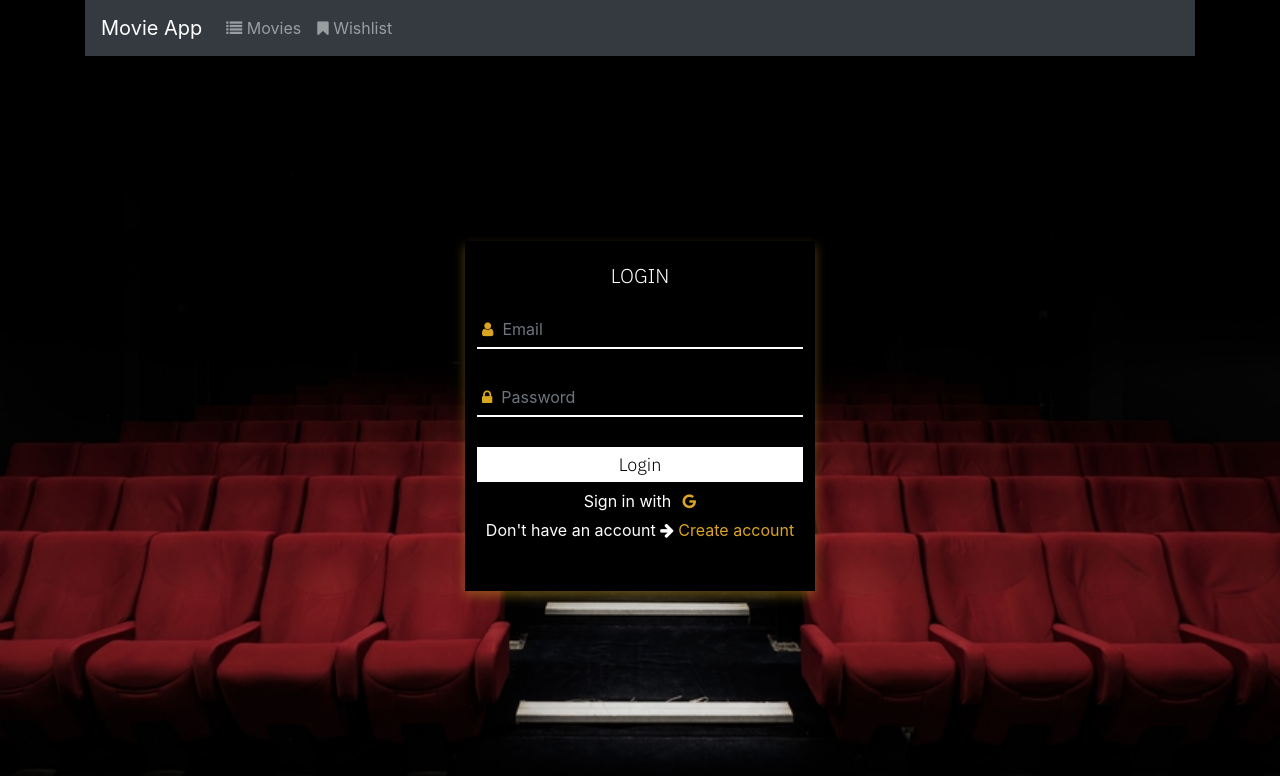
Repository: latenightsnacc/movie-db-app
Page: login.html
The author's editor kept a copy of each file at every save. The page is drawn from the files as they stood at one save, then again after the next save.
The browser window is 1280 px wide. The pictures show the whole page.
The style sheet was rebuilt from its Sass, Less or Tailwind sources for each picture, by a compiler version that may differ from the author's.

Above is the page before, as saved 2020-06-17 11:39:23.
Console error (its wording comes from the project's code and is left out).

### login.html
<!DOCTYPE html>
<html lang="en">
<head>
    <meta charset="UTF-8">
    <meta name="viewport" content="width=device-width, initial-scale=1.0">
    <!--Bootstrap-->
    <link rel="stylesheet" href="bootstrap-4.4.1-dist/bootstrap-4.4.1-dist/css/bootstrap.min.css">
    <!--Font Awesome-->
    <link rel="stylesheet" href="https://stackpath.bootstrapcdn.com/font-awesome/4.7.0/css/font-awesome.min.css">
    <!--UI kit-->
    <link rel="stylesheet" href="uikit-3.4.6/css/uikit.min.css">
    <!--Custom css-->
    <link rel="stylesheet" href="Stylesheet/stylesheet.css">
    <title>Movie App</title>
</head>
<body>
    <!--Header-->
    <header class="header">
        <div class="container">
            <nav class="navbar navbar-expand-lg navbar-dark bg-dark">
                <!--Logo-->
                <a class="navbar-brand" href="#">Movie App</a>
                <!--Navbar Items-->
                <div class="navbar-nav">
                    <a class="nav-item nav-link" href="#">
                        <span>
                            <i class="fa fa-list"></i>
                        </span>
                        <span class="menu-text">Movies</span>
                    </a>
                    <a class="nav-item nav-link" href="#">
                        <span>
                            <i class="fa fa-bookmark"></i>
                        </span>
                        <span class="menu-text">Wishlist </span>
                    </a>
                </div>
            </nav>
        </div>

    </header>
    <!--Main Body-->
    <main>
        <div class="container">
            <div class="form mx-auto my-auto">
                <form method="" action="">
                    <div class="form-title" id="form-title">Login</div>
                    <div class="form-row">
                        <div class="input-group">
                            <div class="input-group-prepend">
                                <div class="input-group-text">
                                    <i class="fa fa-user"></i>
                                </div>
                            </div>
                            <input type="text" class="form-control" id="inlineFormInputGroupUsername" placeholder="Email">
                        </div>
                    </div>
                    <div class="form-row">
                        <div class="input-group">
                            <div class="input-group-prepend">
                                <div class="input-group-text">
                                    <i class="fa fa-lock"></i>
                                </div>
                            </div>
                            <input type="text" class="form-control" id="inlineFormInputGroupUsername" placeholder="Password">
                        </div>
                    </div>
                    <div class="form-row login">
                        <input type="submit" value="Login" />
                        <div class="login-icons">Sign in with <a href="#"><i class="fa fa-google"></i></a></div>
                        <p>Don't have an account <i class="fa fa-arrow-right"></i><a href="signUp.html"> Create account</a></p>
                    </div>
                </form>
            </div>
        </div>
    </main>
    <!--Scripts-->
    <script src="bootstrap-4.4.1-dist/bootstrap-4.4.1-dist/js/bootstrap.min.js"></script>
    <script src="uikit-3.4.6/js/uikit.min.js"></script>
</body>
</html>

### Stylesheet/stylesheet.scss
@import 'variables';
@import 'animations';
@import 'header';
@import 'hero';
@import 'menu';
@import 'cards';
@import 'footer';
@import 'login';

*{
    margin: 0;
    padding: 0;
    list-style: none;
    text-decoration: none;
    outline: none;
}

body{
    background-image: $bg-Img;
    overflow-x: hidden;
    min-height: 100vh;
    background-size: cover;
    background-repeat: no-repeat;
    background-position: center;
}

.main {
    width: 100vw;
}
.row {
    margin: 20px 0px;
}

### Stylesheet/_variables.scss
@import url('https://fonts.googleapis.com/css2?family=IBM+Plex+Sans:wght@300;700&display=swap');

$font: 'IBM Plex Sans', sans-serif;
$bg-Img: url("/bg.jpg");
$transparent-bg: rgba(black, 0.5);
$dark: black;
$light: #fff;
$golden: #DAA520;
$box-shadow: 0 5px 10px rgba($golden,0.4);
// $box-shadow: 0 5px 15px rgba(#DAA520, 0.08);
$btn-shadow: 2px 20px 25px -15px rgba(0, 0, 0, 0.54);

### Stylesheet/_animations.scss
@keyframes animateOpacity {
    0% {
      opacity: 0;
    }
    100% {
      opacity: 1;
    }
  }

  @keyframes animateScale {
    0% {
      transform: scale(1.1);
    }
    100% {
      transform: scale(1);
    }
  }


  @keyframes pulse {
    from {
      transform: scale3d(1, 1, 1);
    }

    50% {
      transform: scale3d(1.05, 1.05, 1.05);
    }

    to {
      transform: scale3d(1, 1, 1);
    }
  }


  @-webkit-keyframes fadeIn {
    from {
      opacity: 0;
    }

    to {
      opacity: 1;
    }
  }

  @keyframes fadeIn {
    from {
      opacity: 0;
    }

    to {
      opacity: 1;
    }
  }

  .fadeIn {
    -webkit-animation-name: fadeIn;
    animation-name: fadeIn;
  }

  .animated {
    -webkit-animation-duration: 1s;
    animation-duration: 1s;
    -webkit-animation-fill-mode: both;
    animation-fill-mode: both;
  }

### Stylesheet/header.scss
@import 'variables';

.header {
    .nav{
        width: 100%;
        background-color: $dark;
        display: flex;
        align-items: center;
        justify-content: space-between;
        padding: 20px 0px;

        .navbar-items {
            display: flex;

            a.item{
                display: flex;
                align-items: center;
                margin-left: 12px;
                color: $golden !important;
                text-transform: uppercase;

                span.nav-icon{
                    color: $light;

                    .fa {
                        color: $light !important;
                        height: 40px;
                        width: 40px;
                        display: flex;
                        justify-content: center;
                        align-items: center;
                        border: 1px solid $light;
                        border-radius: 50%;
                    }
                }
                span.menu-text {
                    color: $golden !important;
                    padding-left: 10px;
                }

                &:hover {
                    text-decoration: none !important;
                    span.nav-icon{
                        color: $golden;
                    }
                }
            }
        }
    }

}

@media screen and (max-width: 600px){
    .header {
        .nav{
            justify-content: space-between;
            padding: 20px 0px;

            .navbar-items {
                display: flex;

                a.item{
                    display: flex;
                    align-items: center;
                    margin-left: 12px;
                    color: $golden !important;

                    span.nav-icon{
                        color: $golden;
                        .fa {
                            color: $golden !important;
                            height: 40px;
                            width: 40px;
                            display: flex;
                            justify-content: center;
                            align-items: center;
                            border: 1px solid $light;
                            border-radius: 50%;
                        }

                        &:hover {
                            transform: scale(1.2);
                            .fa {
                                border: 1px solid $golden;
                            }
                        }
                    }
                    span.menu-text {
                        display: none;
                    }

                }
            }
        }

    }
}

### Stylesheet/hero.scss
@import 'variables';

.hero-slide {
    position: relative;

    .dark-img {
        background-image: url("/images/bright.jpg");
        background-repeat: no-repeat;
        background-size: cover;
        height: 100%;
        width: 100%;
    }

    img {
        background-image: linear-gradient(rgba(0,0,0, 0.5));
    }
    .movie-features {
        position: absolute;
        top: 40%;
        left: 10%;

        .title {
            color: $light;
            font-weight: 700;
            font-family: $font;
            font-size: 80px;
            line-height: 100px;
        }
        dd {
            color: $light;
            line-height: 20px;
            font-family: $font;
            font-weight: 300;
        }
        .stars {
            *{
                color: $golden;
                font-size: 50px;
                line-height: 60px;
                box-shadow: $box-shadow;
            }
        }
    }

}

### Stylesheet/menu.scss
@import 'variables';

.filterMenu {
    background-color: $transparent-bg;

    .menuList {
        display: flex;
        width: 100%;
        justify-content: space-around;
        padding: 20px 0px;

        li {
            a {
                color: $light;
                font-family: $font;
                font-size: 20px;
                border: 1px solid $light;
                padding: 10px;
                border-radius: 3px;

                &:hover {
                    text-decoration: none;
                }

                &.active{
                    color: $golden;
                    border: 1px solid $golden;
                    font-weight: 500;
                }
            }

        }

    }

}

### Stylesheet/cards.scss
@import 'variables';

.card {
    background-color: $dark;
    box-shadow: $box-shadow;
    border: 1px solid $transparent-bg;
    height: auto;
    border-radius: 0px;
    width: 200px;

    .card-img{
        height: 300px;
        width: 200px;

        img{
            height: 100%;
            width: 100%;
        }
    }


    .card-content {
        // display: flex;
        // justify-content: space-between;
        width: 100%;
        // padding-top: 10px;



        .movie-content{
            position: relative;
            padding-left: 10px;
            .wishlist-btn {
                top: 10px;
                right: 10px;
                position: absolute;
                height: 40px;
                width: 40px;
                display: flex;
                justify-content: center;
                align-items: center;
                border-radius: 50%;
                padding: 5px;
                border: 1px solid $golden;
                .fa {
                    color: $light;
                }
            }
            .movie-title{
                padding-top: 15px;
                color: $light;
            }
            p{
                color: $light;
                font-size: 13px;

            }
        }

        span.card-rating {
            position: absolute;
            left: 7px;
            top: 7px;
            height: 40px;
            width: 40px;
            margin-right: 5px;
            display: flex;
            justify-content: center;
            align-items: center;
            border-radius: 50%;
            padding: 5px;
            border: 1px solid $golden;
            color: $golden;
            background-color: $dark;

        }
    }

    &:hover {
        transform: translateY();
    }
}

### Stylesheet/login.scss
@import 'variables';

.form {
    height: 100vh;
    display: flex;
    align-items: center;
    justify-content: center;

    form {
        padding: 10px;
        background-color: $dark;
        box-shadow: $box-shadow;
        border: 2px solid $dark;
        display: flex;
        flex-direction: column;
        justify-content: center;
        height: 350px;
        width: 350px;

        .form-title {
            font-size: 20px;
            font-family: $font;
            line-height: 40px;
            text-transform: uppercase;
            color: $light;
            text-align: center;
            font-weight: 500;
        }

        .form-row {
            margin: 15px 0px;

            .form-control, .input-group-text {
                background-color: $transparent-bg;
                border: 0;
                border-bottom: 2px solid $light;
                border-radius: 0;
                color: $light;
                padding: 2px 5px;

                &:focus-within {
                    border: 0;
                    outline: none;
                    outline-color: $transparent-bg !important;
                    border-radius: 0;
                }
            }
            .input-group-text {
                color: $golden;
            }

        }
        .login {
            display: flex;
            flex-direction: column;
            align-items: center;
            justify-content: center;

            input[type="submit"]{
                background-color: $light;
                color: $dark;
                width: 100%;
                border: 2px solid $light;
                font-weight: 500;
                font-family: $font;
                padding: 2px;
                font-size: 18px;
            }
            .login-icons {
                color: $light;
                padding-top: 7px;

                a{
                    .fa {
                        padding-left: 7px;
                        color: $golden;
                    }

                    &:hover {
                        text-decoration: none;
                        transform: scale(1.1);
                    }
                }


            }

            p {
                margin-top: 0;
                padding-top: 5px;
                color: $light;
                    a{
                        color: $golden;
                        text-decoration: none;

                        &:hover {
                            text-decoration: none;
                        }
                    }
            }
        }
    }
}

Loaded but not shown: bootstrap-4.4.1-dist/bootstrap-4.4.1-dist/css/bootstrap.min.css (library); uikit-3.4.6/css/uikit.min.css (library); bootstrap-4.4.1-dist/bootstrap-4.4.1-dist/js/bootstrap.min.js (library); uikit-3.4.6/js/uikit.min.js (library); Stylesheet/footer.scss (common file)

After the next save:
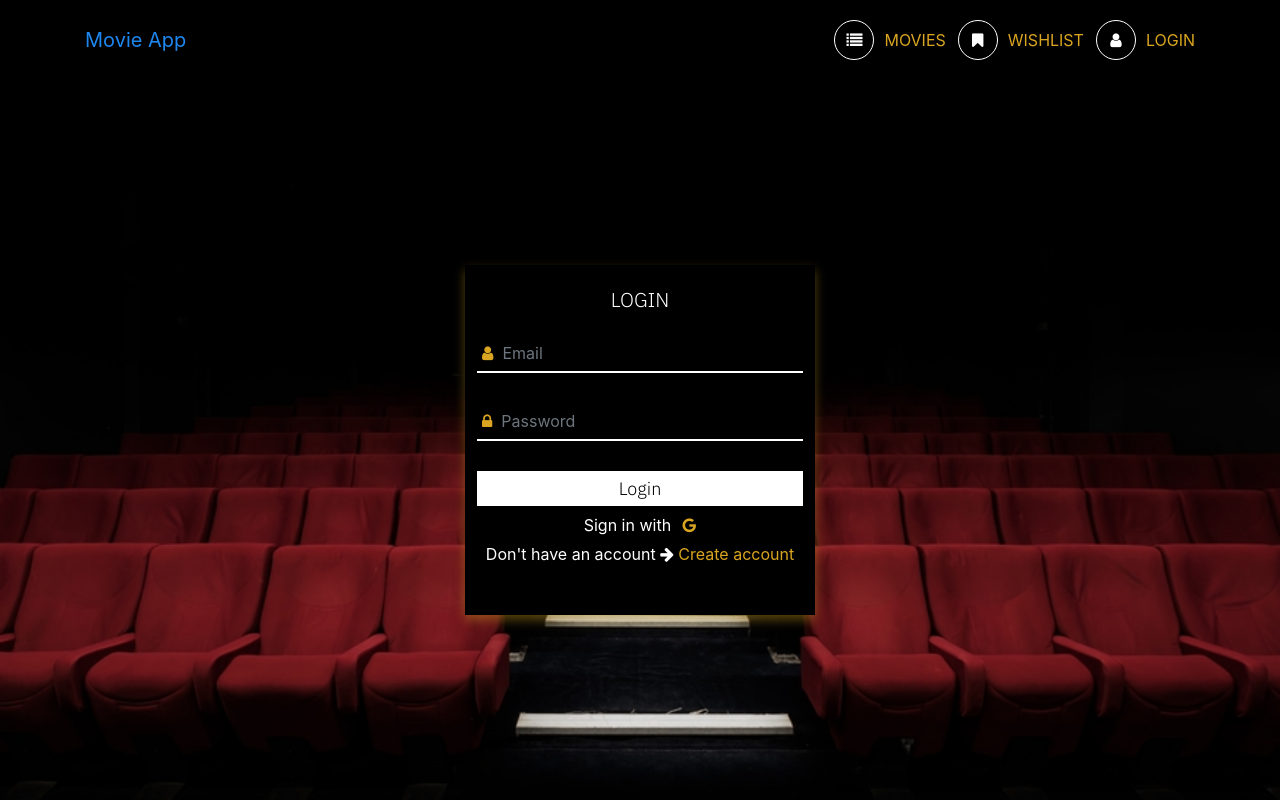
Saved 13 s later.
--- a/login.html
+++ b/login.html
@@ -17,22 +17,30 @@
     <!--Header-->
     <header class="header">
         <div class="container">
-            <nav class="navbar navbar-expand-lg navbar-dark bg-dark">
+            <nav class="nav">
                 <!--Logo-->
-                <a class="navbar-brand" href="#">Movie App</a>
+                <div class="logo">
+                    <a class="navbar-brand" href="index.html">Movie App</a>
+                </div>
                 <!--Navbar Items-->
-                <div class="navbar-nav">
-                    <a class="nav-item nav-link" href="#">
-                        <span>
+                <div class="navbar-items">
+                    <a class="item" href="index.html">
+                        <span class="nav-icon">
                             <i class="fa fa-list"></i>
                         </span>
                         <span class="menu-text">Movies</span>
                     </a>
-                    <a class="nav-item nav-link" href="#">
-                        <span>
+                    <a class= "item" href="wishlist.html">
+                        <span class="nav-icon">
                             <i class="fa fa-bookmark"></i>
                         </span>
-                        <span class="menu-text">Wishlist </span>
+                        <span class="menu-text">Wishlist</span>
+                    </a>
+                    <a class="item" href="login.html">
+                        <span class="nav-icon">
+                            <i class="fa fa-user"></i>
+                        </span>
+                        <span class="menu-text">Login</span>
                     </a>
                 </div>
             </nav>
